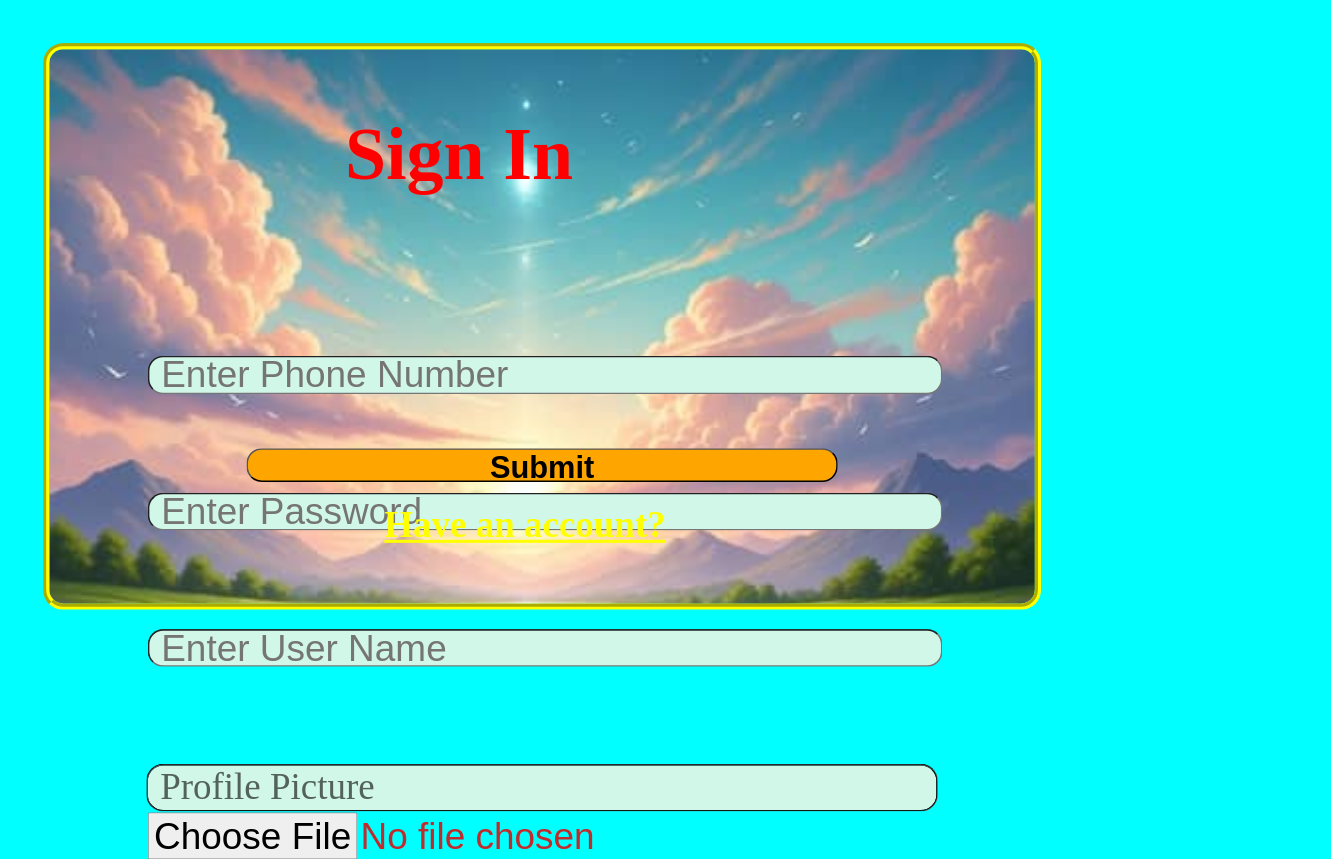
Repository: Amani-Kibet/express-app-web
Page: pages/signup/signIn.html
An editor plug-in stored every save of this project. The page is shown before and after the next save, followed by the edit.
The browser window is 1280 px wide. The page is 1728 px wide, so the pictures cover 1728 px, including what lies to the right of the window. The pictures show the whole page, at 77% of full size.

Above is the page before, as saved 2025-09-28 17:23:24.

After the next save:
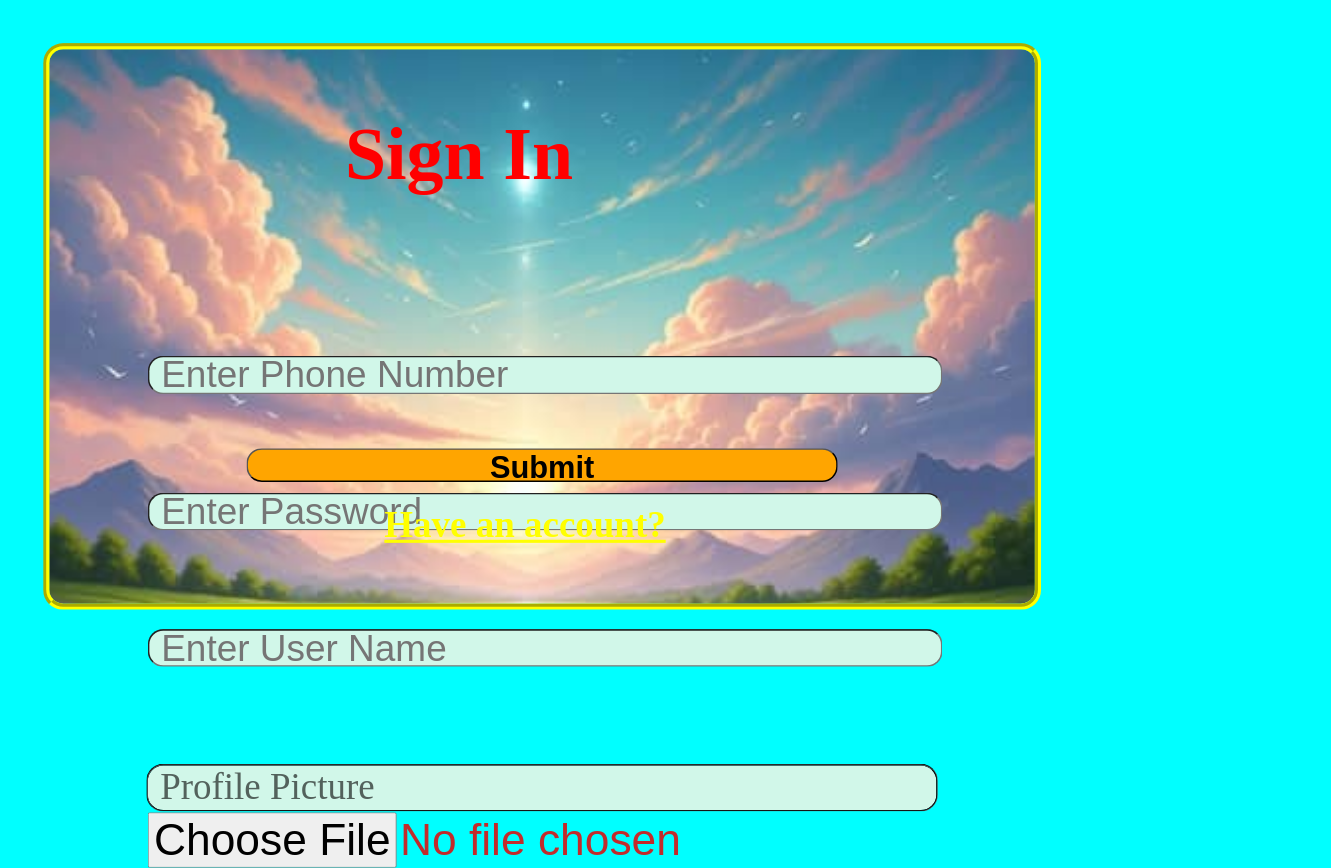
Saved 11 s later.
--- a/pages/signup/signIn.html
+++ b/pages/signup/signIn.html
@@ -40,7 +40,7 @@
     color: rgb(194, 43, 43);
   }
   #picI{
-    font-size: 1em;
+    font-size: 1.2em;
   }
   #picT{
     font-size: 1em;

After the save that followed:
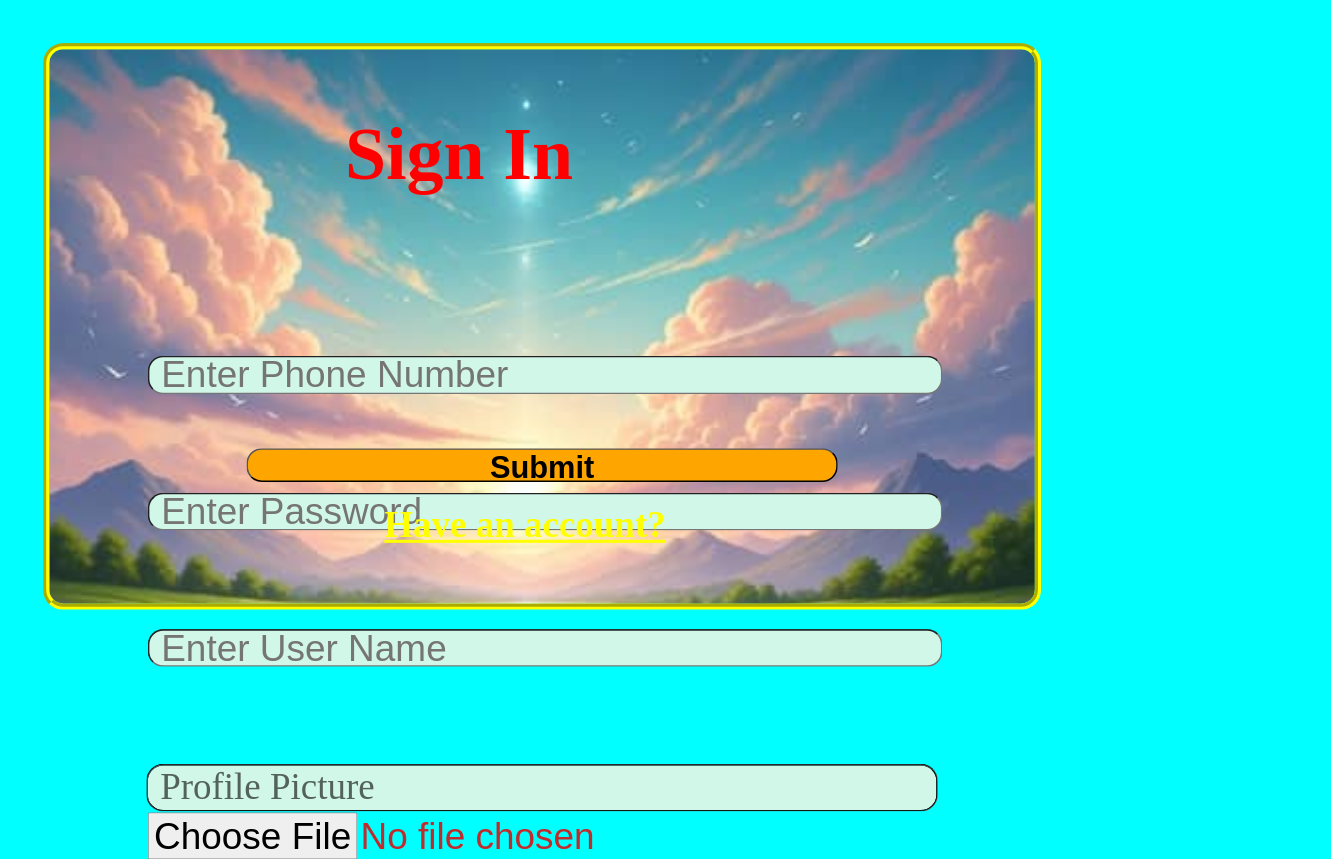
Saved 8 s later.
--- a/pages/signup/signIn.html
+++ b/pages/signup/signIn.html
@@ -40,7 +40,7 @@
     color: rgb(194, 43, 43);
   }
   #picI{
-    font-size: 1.2em;
+    font-size: 1em;
   }
   #picT{
     font-size: 1em;
